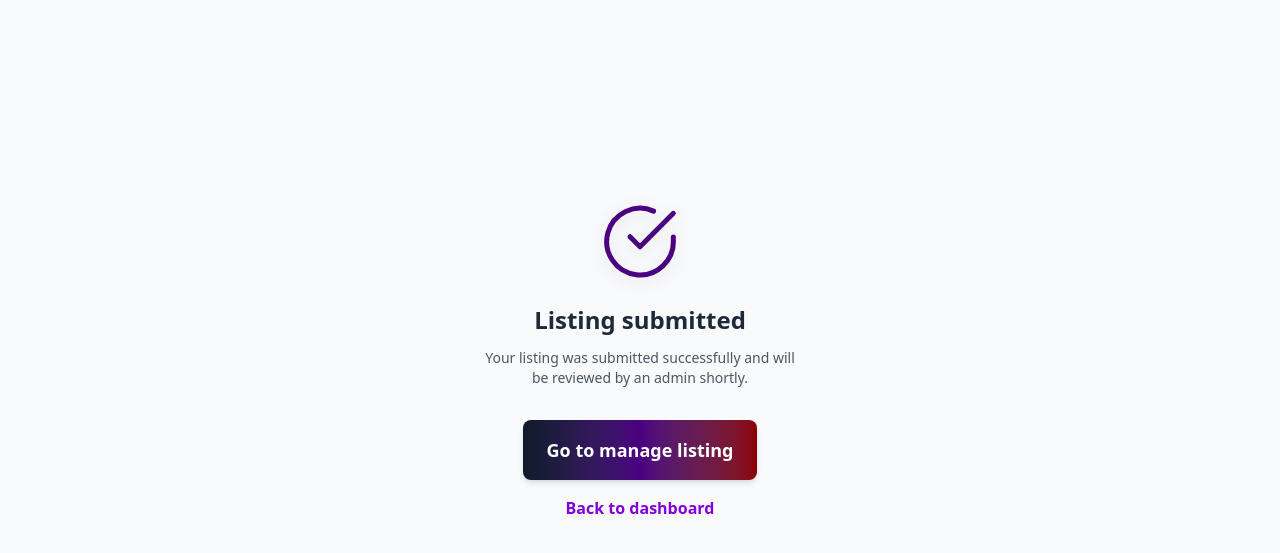
Repository: Em-driod/spotify-clone
Page: /third
An editor plug-in stored every save of this project. The page is shown before and after the next save, followed by the edit.
The browser window is 1280 px wide. The pictures show the whole page.
The project was rebuilt for these pictures with package versions that can differ from the ones it lists, and the page was loaded fresh each time. Also part of the build but not shown: vite.config.ts, src/pages/veryify.tsx, src/pages/LandingPage.tsx, src/pages/Back.tsx, src/pages/Change.tsx, src/pages/onboard.tsx, src/pages/Skips.tsx, src/pages/Otp.tsx and 12 more.

Above is the page before, as saved 2025-07-09 19:04:54.

After the next save:
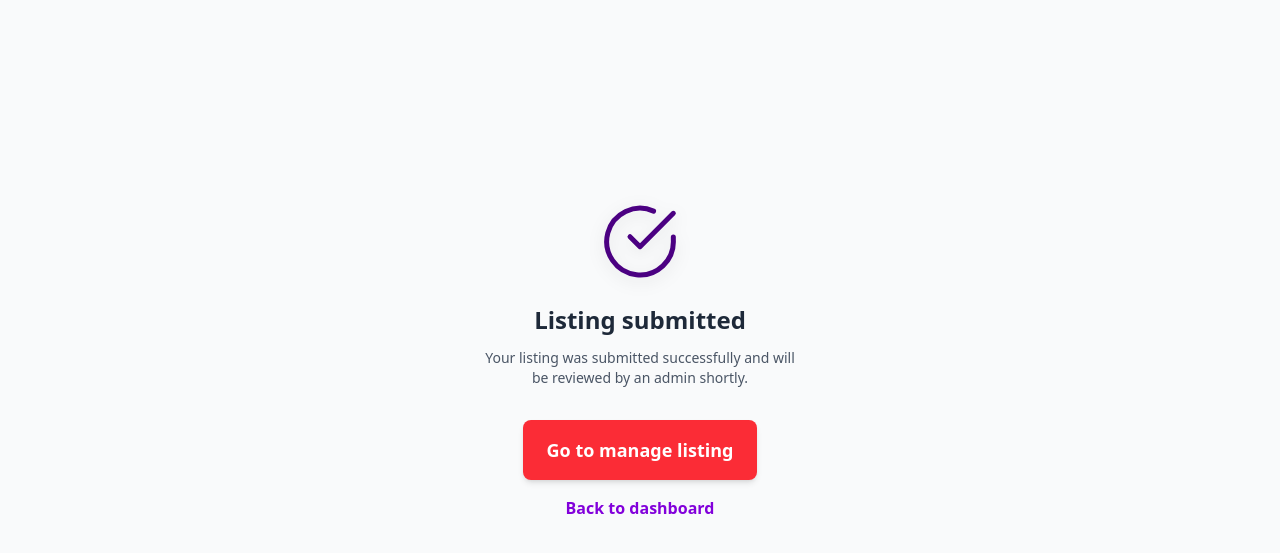
Saved 14 h 43 min later.
--- a/src/pages/Third.tsx
+++ b/src/pages/Third.tsx
@@ -37,7 +37,7 @@
         <Link to='/manage'>
         <button
           className="w-full max-w-sm py-4 px-6 rounded-lg text-lg font-bold text-white shadow-md transition-all duration-300 mb-4
-          bg-gradient-to-r from-[#0d1b2a] via-[#4b0082] to-[#8b0000] hover:from-purple-900 hover:to-purple-600"
+          bg-red-500 hover:from-purple-900 hover:to-purple-600"
           >
           Go to manage listing
         </button>

After the save that followed:
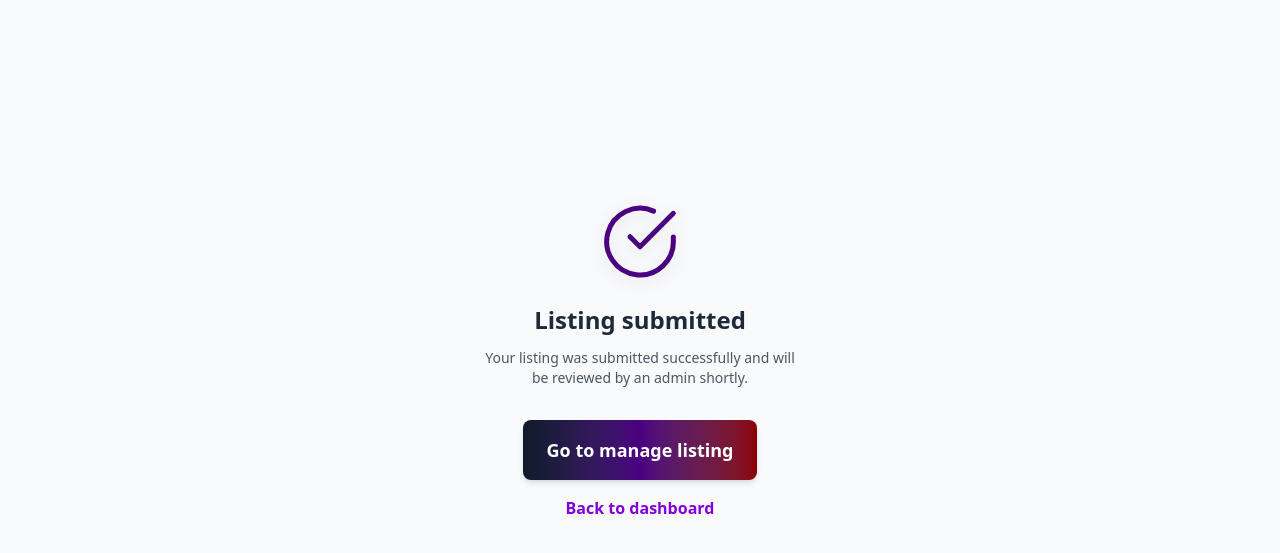
Saved 40 s later.
--- a/src/pages/Third.tsx
+++ b/src/pages/Third.tsx
@@ -37,7 +37,7 @@
         <Link to='/manage'>
         <button
           className="w-full max-w-sm py-4 px-6 rounded-lg text-lg font-bold text-white shadow-md transition-all duration-300 mb-4
-          bg-red-500 hover:from-purple-900 hover:to-purple-600"
+          bg-gradient-to-r from-[#0d1b2a] via-[#4b0082] to-[#8b0000] hover:from-purple-900 hover:to-purple-600"
           >
           Go to manage listing
         </button>
